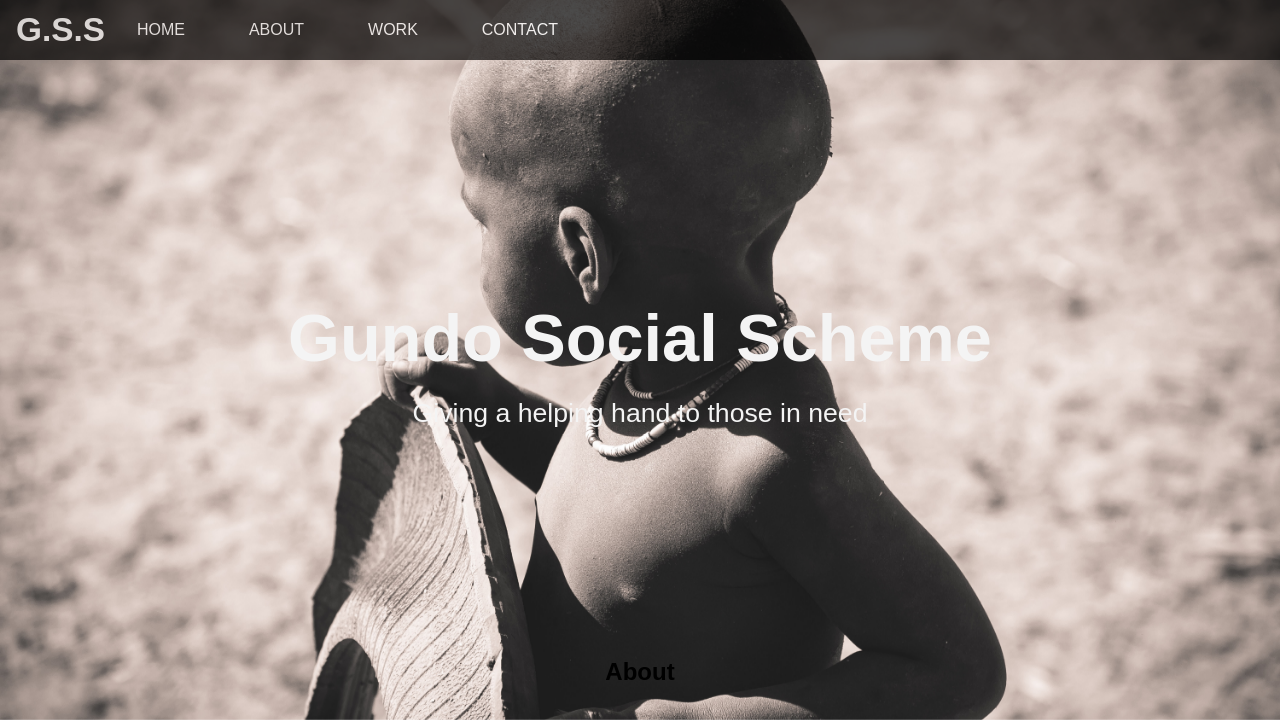
Repository: blessingNtoko/gss-basic_website
Page: index.html
The author's editor kept a copy of each file at every save. The page is drawn from the files as they stood at one save, then again after the next save.
The browser window is 1280 px wide. The pictures show the whole page.
An inner scrolling area shows only its first screen.

Above is the page before, as saved 2020-05-13 18:13:24.

### index.html
<!DOCTYPE html>
<html lang="en">

<head>
    <meta charset="UTF-8">
    <meta name="viewport" content="width=device-width, initial-scale=1.0">
    <title>Gundo Social Scheme</title>
    <link rel="stylesheet" href="style.css">
</head>

<body>
    <div class="allContain">
        <nav class="navbar">
            <h1><a href="#home">G.S.S</a></h1>
            <ul>
                <li>
                    <a href="#home">Home</a>
                </li>
                <li>
                    <a href="#about">About</a>
                </li>
                <li>
                    <a href="#work">Work</a>
                </li>
                <li>
                    <a href="#contact">Contact</a>
                </li>
            </ul>
        </nav>

        <section id="home">
            <h1>Gundo Social Scheme</h1>
            <p>Giving a helping hand to those in need</p>

        </section>

        <section id="about">
            <div class="container">
                <h1>About</h1>
                <div class="row">
                    <div class="col">
                        <img src="assets/images/temp1.jpg" alt="About image">
                    </div>
                    <div class="col">
                        <p>
                            Lorem ipsum dolor sit amet consectetur adipisicing elit. Dolore quia, nisi provident aperiam excepturi quas officiis, quam ipsa molestiae nostrum magni. Sed at maiores placeat rerum deserunt ea perspiciatis modi omnis inventore maxime sunt ratione quos
                            nihil quidem nam suscipit sint, mollitia et odit. Repellat tempore nemo mollitia, quasi dolorum optio vel voluptates hic sunt. Soluta ea voluptatibus provident quasi, consectetur incidunt quas quia. Tenetur tempora iure adipisci
                            voluptatum velit quia voluptatibus, soluta iste fugit sequi, repellendus placeat nostrum minus modi ipsum, corporis exercitationem doloribus voluptatem distinctio cumque mollitia debitis consequatur sit. Reprehenderit animi
                            natus, facilis voluptas fugiat excepturi illum.
                        </p>
                    </div>
                </div>
                <div class="row">
                    <div class="col">
                        <p>
                            Lorem ipsum dolor sit amet consectetur adipisicing elit. Consequatur eveniet, dignissimos est fugit harum provident nobis corrupti architecto ipsam culpa quibusdam quidem reprehenderit. Neque eum reprehenderit ut illo sed mollitia odit cupiditate vel
                            perspiciatis, provident ab non, earum error tenetur quia, at minus nemo adipisci quo? Velit atque aspernatur saepe quia quibusdam a ad laboriosam sit temporibus, sint neque rerum nemo nam assumenda ea omnis harum molestiae,
                            itaque rem? Animi incidunt assumenda aspernatur impedit corrupti saepe possimus aperiam neque dolor minus! Corporis odit nostrum sequi beatae enim voluptas, vitae reiciendis nulla fuga quod, tempore, non explicabo rerum praesentium
                            eligendi rem.
                        </p>
                    </div>
                    <div class="col">
                        <img src="assets/images/temp2.jpg" alt="About image">
                    </div>
                </div>
            </div>
        </section>

        <div class="fixedScroll fixedScroll1">
            <div class="fixedText">
                <span class="border trans">
                    Image Two text
                </span>
            </div>
        </div>

        <section id="work">
            <div class="container">
                <h1>Work</h1>
                <div class="row">
                    <div class="col">
                        <img src="assets/images/workImages/work1.jpeg" alt="">
                    </div>
                    <div class="col">
                        <img src="assets/images/workImages/work2.jpeg" alt="">

                    </div>
                    <div class="col">
                        <img src="assets/images/workImages/work3.jpeg" alt="">

                    </div>

                    <div class="col">
                        <img src="assets/images/workImages/work4.jpeg" alt="">

                    </div>
                    <div class="col">
                        <img src="assets/images/workImages/work5.jpeg" alt="">

                    </div>
                    <div class="col">
                        <img src="assets/images/workImages/work6.jpeg" alt="">

                    </div>
                    <div class="col">
                        <img src="assets/images/workImages/work7.jpeg" alt="">

                    </div>
                    <div class="col">
                        <img src="assets/images/workImages/work8.jpeg" alt="">

                    </div>
                    <div class="col">
                        <img src="assets/images/workImages/work9.jpeg" alt="">

                    </div>
                    <div class="col">
                        <img src="assets/images/workImages/work10.jpeg" alt="">

                    </div>
                </div>
            </div>
        </section>

        <div class="fixedScroll fixedScroll2">
            <div class="fixedText">
                <span class="border trans">
                    Image Two text
                </span>
            </div>
        </div>

        <section id="contact">
            <div class="container">
                <h1>Contact</h1>
                <div class="row">
                    <div class="col">
                        <img src="" alt="">
                    </div>
                    <div class="col">

                    </div>
                    <div class="col">

                    </div>
                </div>
            </div>
            <footer>

            </footer>
        </section>
    </div>

</body>

</html>

### style.css
* {
    margin: 0;
    padding: 0;
}

body {
    font-family: Arial, Helvetica, sans-serif;
    line-height: 1.6;
    height: 100vh;
    overflow: hidden;
}

.allContain {
    width: 100%;
    height: 100%;
    /* CSS smooth scroll properties */
    overflow-y: scroll;
    scroll-behavior: smooth;
    scroll-snap-type: y mandatory;
}

.navbar {
    position: fixed;
    top: 0;
    z-index: 1;
    display: flex;
    flex-direction: row;
    /* justify-content: center; */
    align-items: center;
    width: 100%;
    height: 60px;
    background: black;
    opacity: .7;
}

.navbar h1 {
    color: white;
    font-size: 25pt;
    margin-left: 1rem;
}

.navbar h1 a {
    text-decoration: none;
    text-transform: uppercase;
    color: #f4f4f4;
}

.navbar h1 a:hover {
    color: rgb(63, 63, 196);
}

.navbar ul {
    display: flex;
    list-style: none;
    width: 100%;
    text-align: right;
    /* justify-content: space-evenly; */
}

.navbar ul li {
    margin: 0 1rem;
    padding: 1rem;
}

.navbar ul li a {
    text-decoration: none;
    text-transform: uppercase;
    color: #f4f4f4;
}

.navbar ul li a:hover {
    color: rgb(63, 63, 196);
}

section {
    display: flex;
    flex-direction: column;
    align-items: center;
    justify-content: center;
    text-align: center;
    width: 100%;
    height: 100vh;
    scroll-snap-align: center;
}

#home {
    background-image: url(assets/images/tempy4.jpg);
    background-position: center;
    background-repeat: no-repeat;
    background-size: cover;
    background-attachment: fixed;
    color: #f4f4f4;
}

#home h1 {
    font-size: 50pt;
}

#home p {
    font-size: 20pt;
}

#about {
    margin-top: 3rem;
}

#about img {
    text-align: center;
    width: 35rem;
    height: 25rem;
}

.fixedScroll {
    position: relative;
    opacity: 0.7;
    background-position: center;
    background-size: cover;
    background-repeat: no-repeat;
    background-attachment: fixed;
}

.fixedScroll1 {
    background-image: url(assets/images/tempy5.jpg);
    min-height: 400px;
}

.fixedScroll2 {
    background-image: url(assets/images/tempy6.jpg);
    min-height: 400px;
}

#about .row {
    display: flex;
    flex-direction: row;
    justify-content: center;
    margin-top: 3rem;
}

#work .row {
    display: flex;
    flex-direction: row;
    flex-wrap: wrap;
    justify-content: space-evenly;
    align-items: center;
}

#work .row img {
    width: 20rem;
    height: 25rem;
    line-height: 1rem;
}

After the next save:
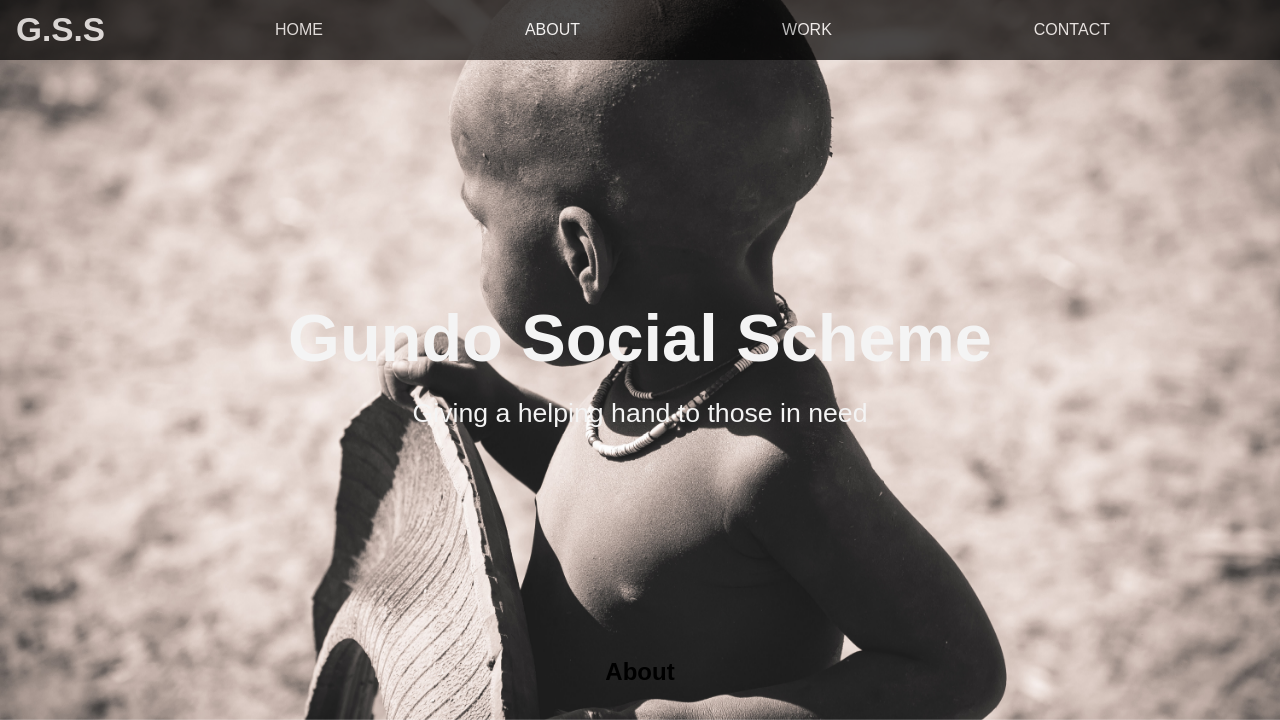
Saved 11 s later.
--- a/style.css
+++ b/style.css
@@ -53,8 +53,8 @@ body {
     display: flex;
     list-style: none;
     width: 100%;
-    text-align: right;
-    /* justify-content: space-evenly; */
+    /* text-align: right; */
+    justify-content: space-evenly;
 }
 
 .navbar ul li {
